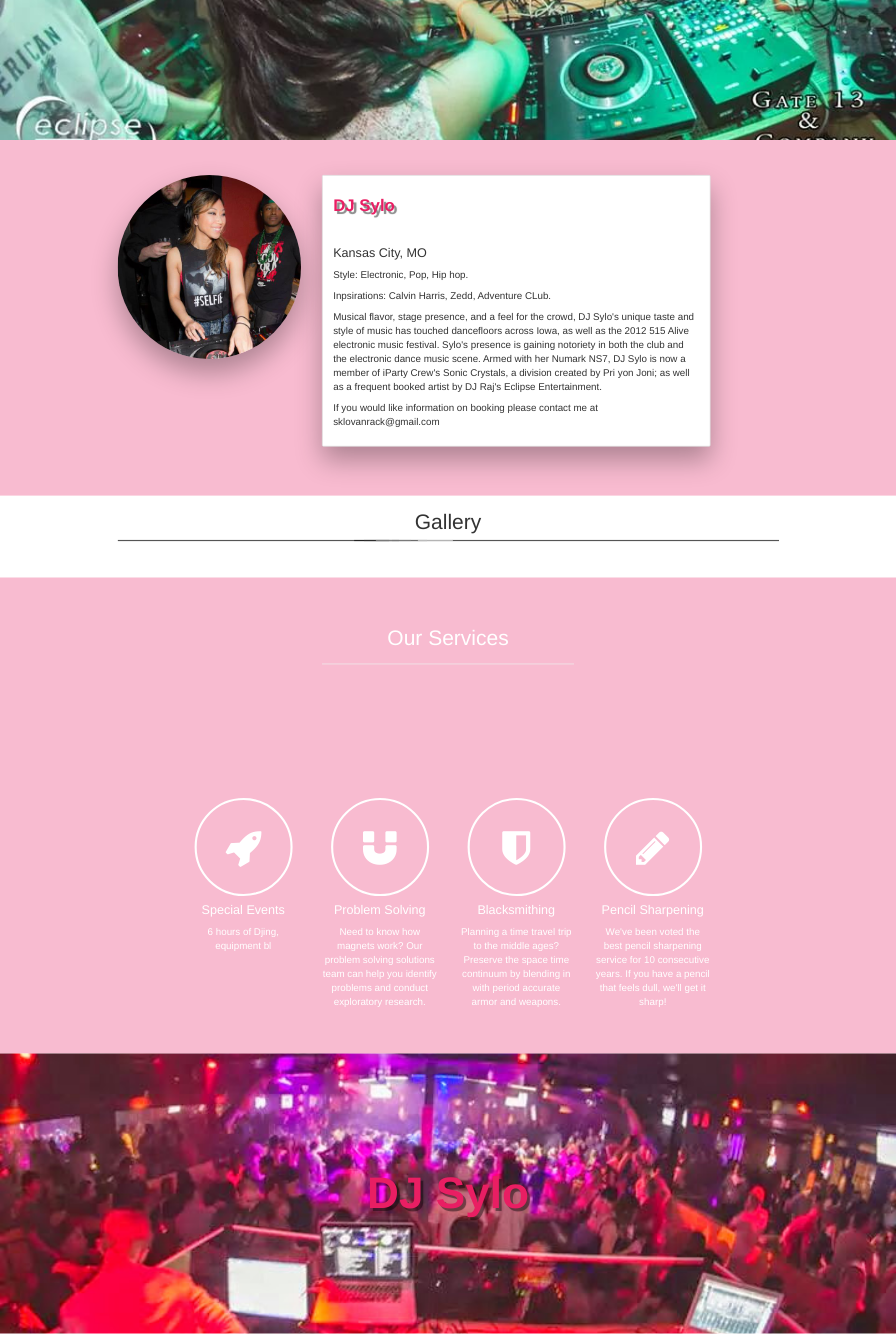
Repository: BambooXLotus/DjSylo
Page: client/index.html
The author's editor kept a record of every edit. The page is drawn from the files as they stood at one moment, then again after the next edit.
The browser window is 1280 px wide. The pictures show the part of the page from y = 520 to 2440 px (the page is 4271 px tall before and 4269 px after), at 70% of full size.
Pictures or frames that could not be fetched are drawn as grey boxes. Some icons come from a web library that is not loaded, so they are not drawn. Backgrounds fixed to the window are drawn as part of the page. Some web libraries are served in a nearby version.

Above is the page before.

After the next edit:
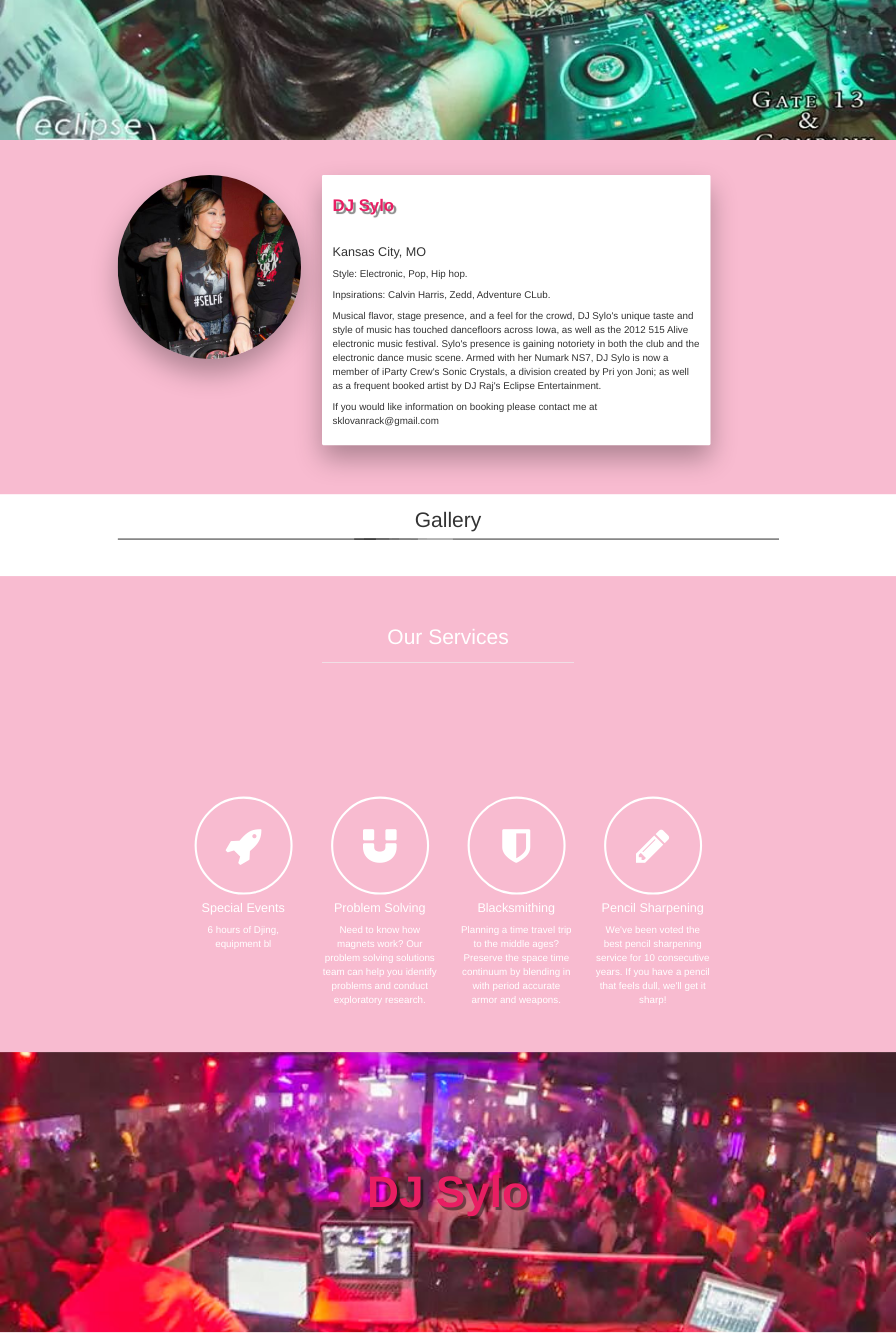
The edit:
--- a/client/css/stylish-portfolio.css
+++ b/client/css/stylish-portfolio.css
@@ -271,6 +271,7 @@
     /* Card, Dialog */
     .card, .dialog {
       border-radius: 2px;
+      border: 0px;
       position: relative;
       display: inline-block;
       vertical-align: top;
